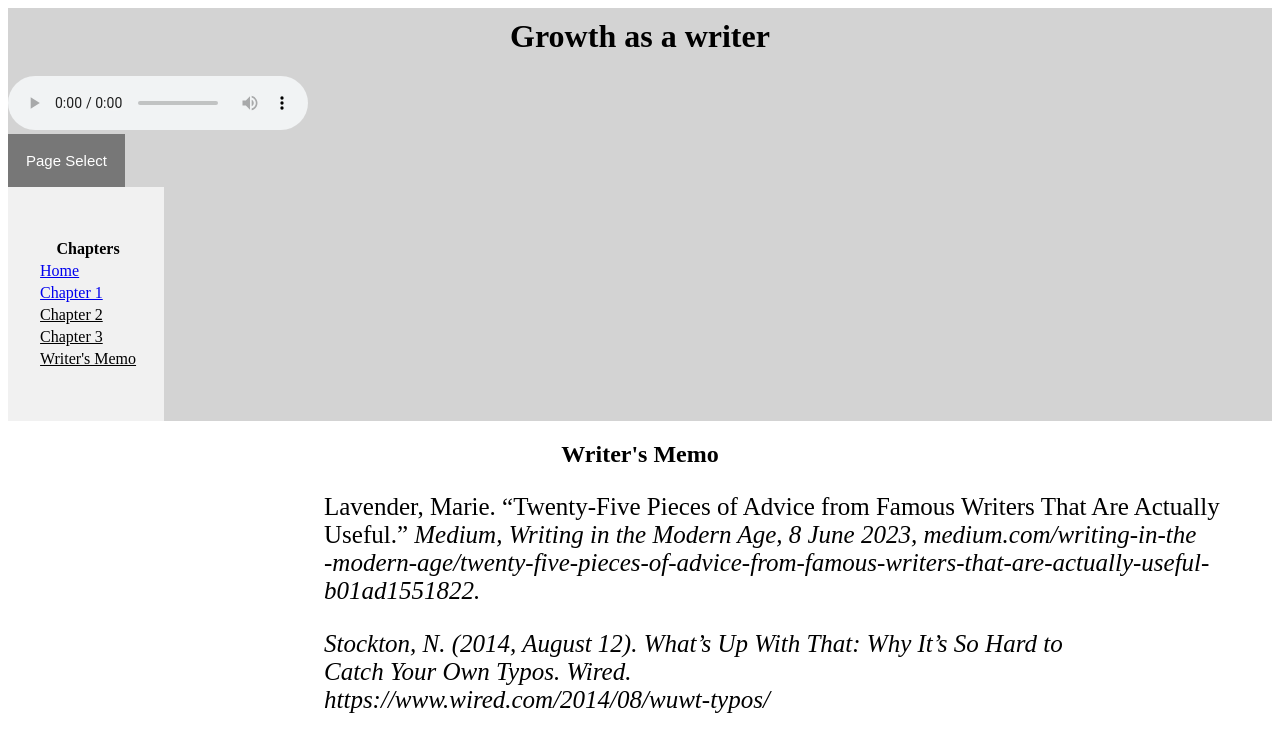
Repository: jpaisiem/WP-4
Page: WorksCited.html
An editor plug-in stored every save of this project. The page is shown before and after the next save, followed by the edit.
The browser window is 1280 px wide. The pictures show the whole page.

Above is the page before, as saved 2025-05-01 12:09:46.
Console error: TypeError: Cannot read properties of undefined (reading 'toggle')

After the next save:
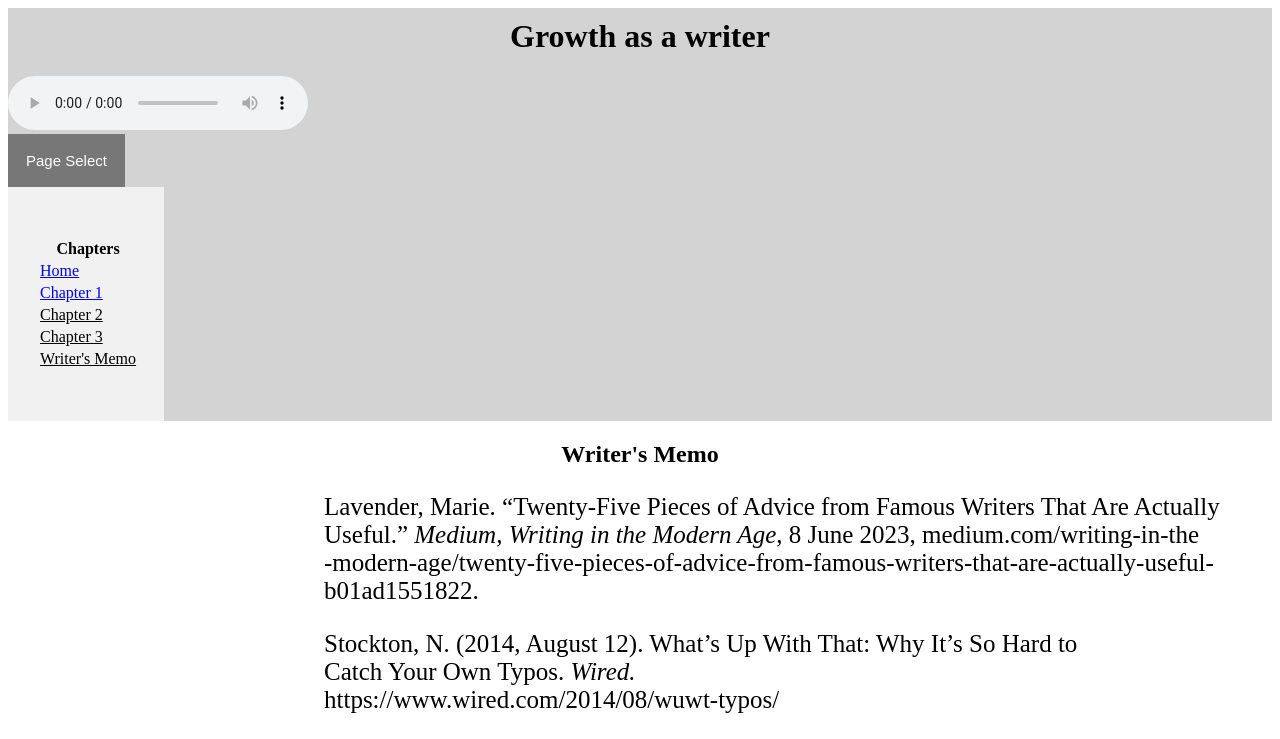
Saved 4 s later.
--- a/WorksCited.html
+++ b/WorksCited.html
@@ -81,7 +81,7 @@ li
      <h2 style="text-align: center;">Writer&apos;s Memo</h2>
      <p>
     Lavender, Marie. “Twenty-Five Pieces of Advice from Famous Writers That Are Actually <br>
-    Useful.” <i>Medium, Writing in the Modern Age, 8 June 2023, medium.com/writing-in-the<br>
+    Useful.” <i>Medium, Writing in the Modern Age</i>, 8 June 2023, medium.com/writing-in-the<br>
     -modern-age/twenty-five-pieces-of-advice-from-famous-writers-that-are-actually-useful-<br>
     b01ad1551822.<br>
 </p>
